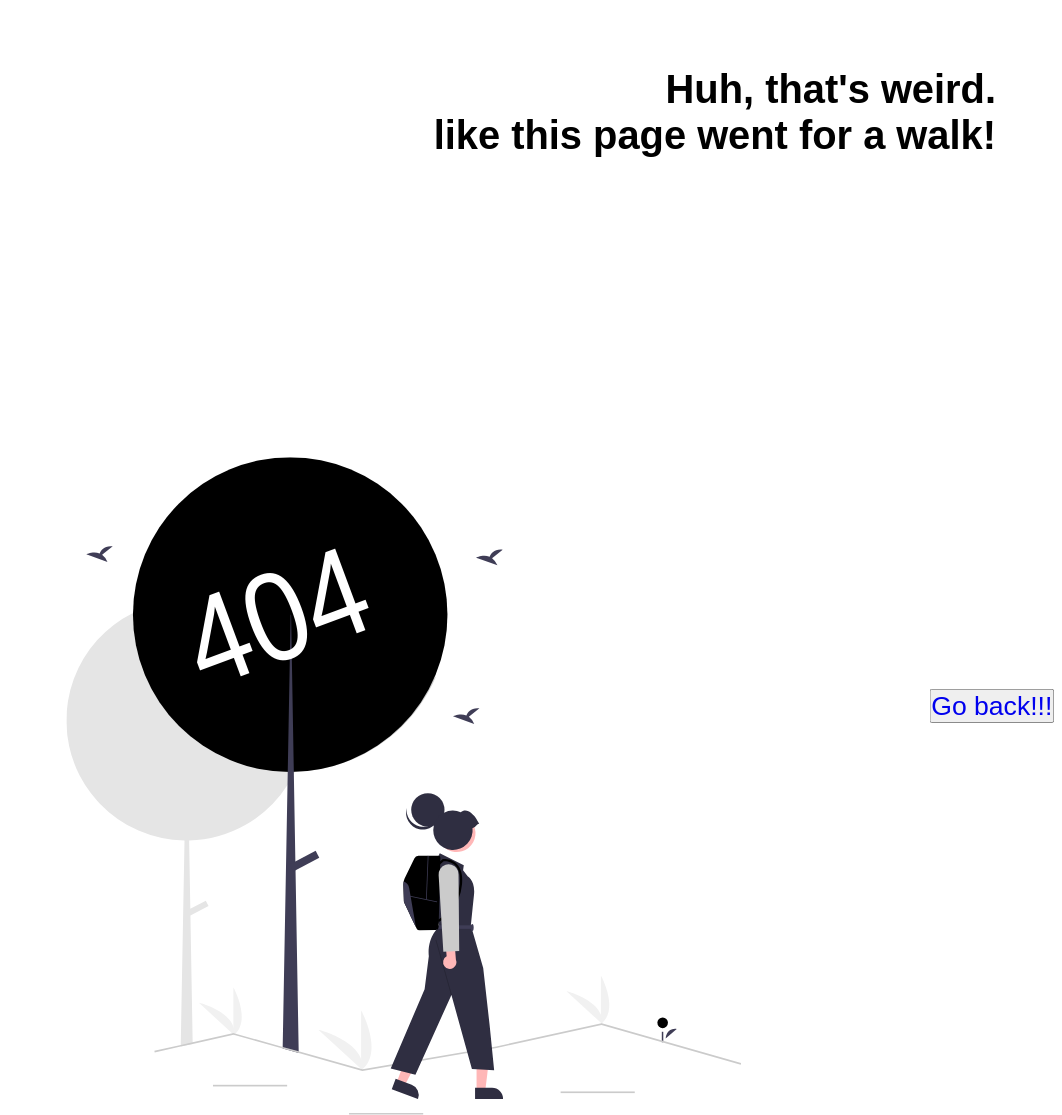
Repository: TeeJaysDev/Portfolio
Page: 404.html
These files come from the project's save history. The page is drawn as it stood at one moment and after the next save; the edit follows.
The browser window is 1280 px wide. The pictures show the whole page, at 83% of full size.

Above is the page before, as saved 2021-06-11 23:20:20.

After the next save:
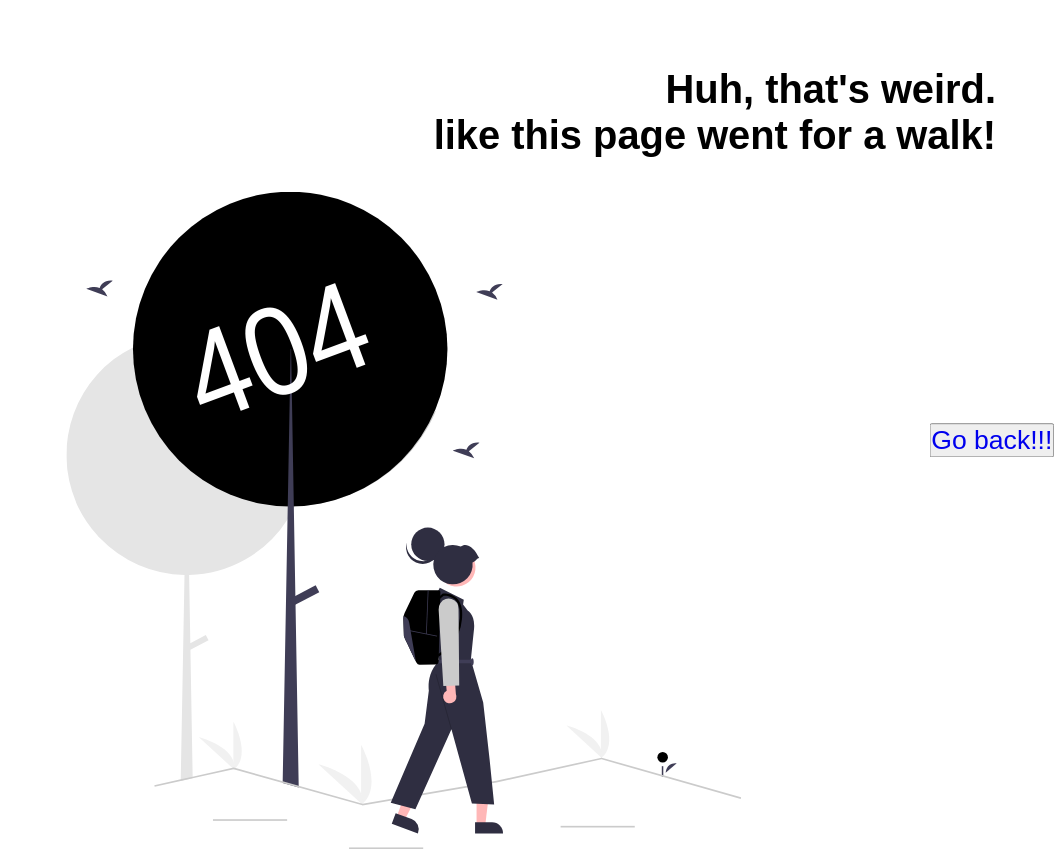
Saved 5 s later.
--- a/404.css
+++ b/404.css
@@ -37,5 +37,5 @@
 .error button {
     overflow-y: hidden;
     margin-left: 70rem;
-    margin-top: 40rem;
+    margin-top: 20rem;
 }
